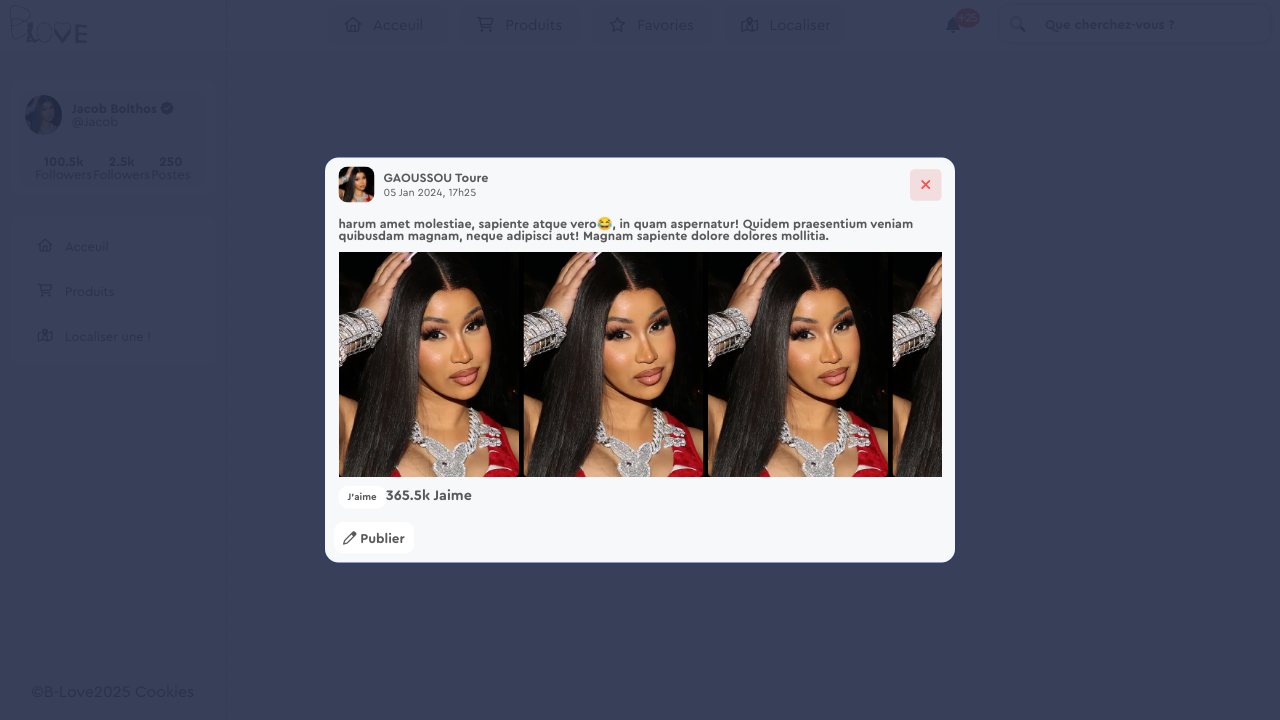
Repository: moomoony-log/b-love
Page: /home
These files come from the project's save history. The page is drawn as it stood at one moment and after the next save; the edit follows.
The browser window is 1280 px wide. The pictures show the whole page.
Pictures or frames that could not be fetched are drawn as grey boxes. The project was rebuilt for these pictures with package versions that can differ from the ones it lists, and the page was loaded fresh each time. Also part of the build but not shown: vite.config.ts, src/rules/legacy.tsx, src/rules/privacy.tsx, src/components/basic/notification.tsx, src/view/auth.tsx, src/view/main/acceuil.tsx, src/view/main/dashbord.tsx, src/view/main/info-account.tsx and 3 more.

Above is the page before, as saved 2025-10-15 15:21:52.

After the next save:
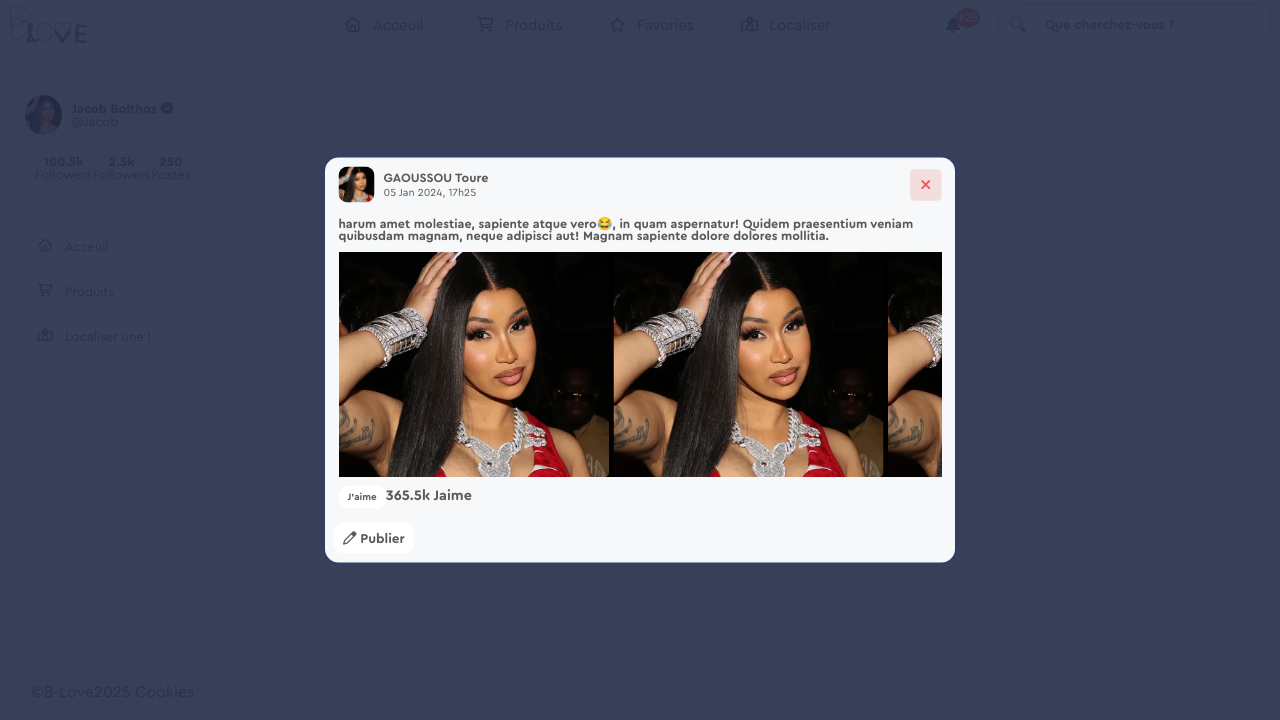
Saved 37 s later.
--- a/public/css/component/img.css
+++ b/public/css/component/img.css
@@ -53,7 +53,7 @@
 }
 .cont-account-img[data-name="pub-item-img"]{
     height: 100%;
-    min-width: 200px;
+    min-width: 300px;
     border-radius: 5px;
 }
 .cont-account-img[data-name="publication"]{
